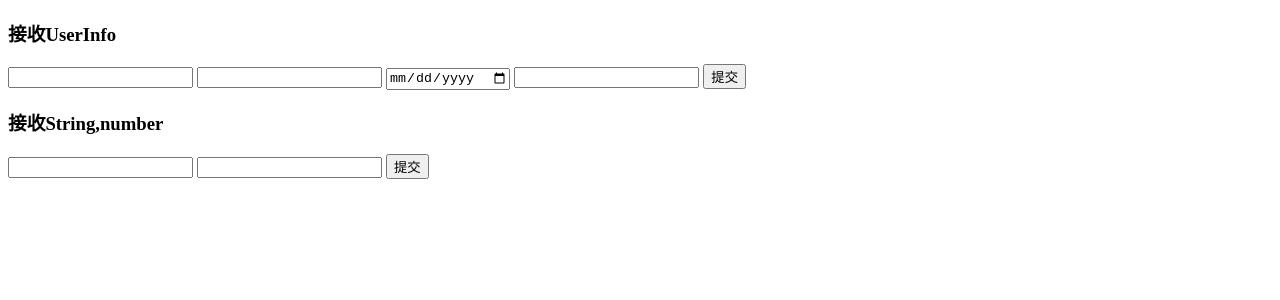
Repository: HelloChuang/HelloChuang-EclipseWorkSpace
Page: http://localhost/SpringMVC_Test/
The author's editor kept a copy of each file at every save. The page is drawn from the files as they stood at one save, then again after the next save.
The browser window is 1280 px wide. The pictures show the whole page.
The page is served by Tomcat 9.

Above is the page before, as saved 2018-11-02 14:53:43.

After the next save:
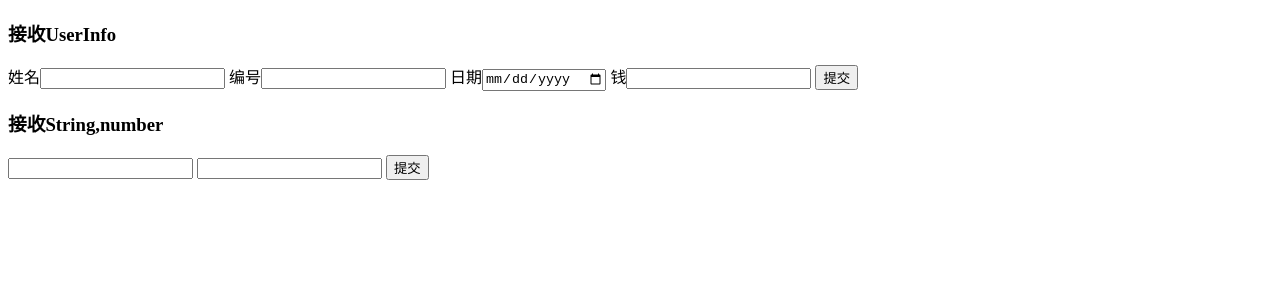
Saved 114 s later.
--- a/EclipseWorkSpace/SpringMVC_Test/src/main/webapp/index.jsp
+++ b/EclipseWorkSpace/SpringMVC_Test/src/main/webapp/index.jsp
@@ -10,10 +10,10 @@
 	<div>
 		<h3>接收UserInfo</h3>
 		<form action="ServalAction" method="post">
-			<input type="text" name="uname"/>
-			<input type="number" name="uid"/>
-			<input type="date" name="udate"/>
-			<input type="number" name="umoney"/>
+			姓名<input type="text" name="uname"/>
+			编号<input type="number" name="uid"/>
+			日期<input type="date" name="udate"/>
+			钱<input type="number" name="umoney"/>
 			<button type="submit">提交</button>
 		</form>
 	</div>
